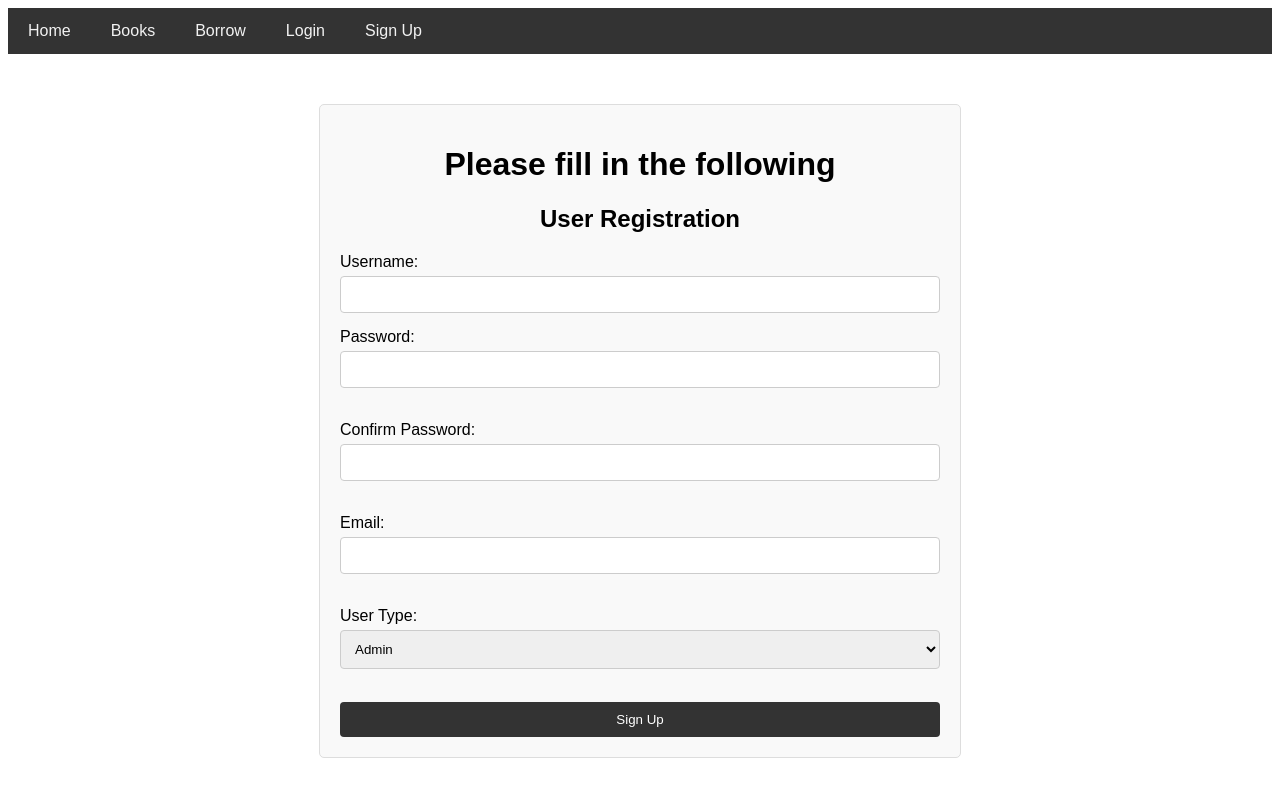
Repository: fadyesk12/Web-Technology-Course-Project
Page: auth/signup.html
The author's editor kept a copy of each file at every save. The page is drawn from the files as they stood at one save, then again after the next save.
The browser window is 1280 px wide. The pictures show the whole page.

Above is the page before, as saved 2024-04-19 02:21:42.

After the next save:
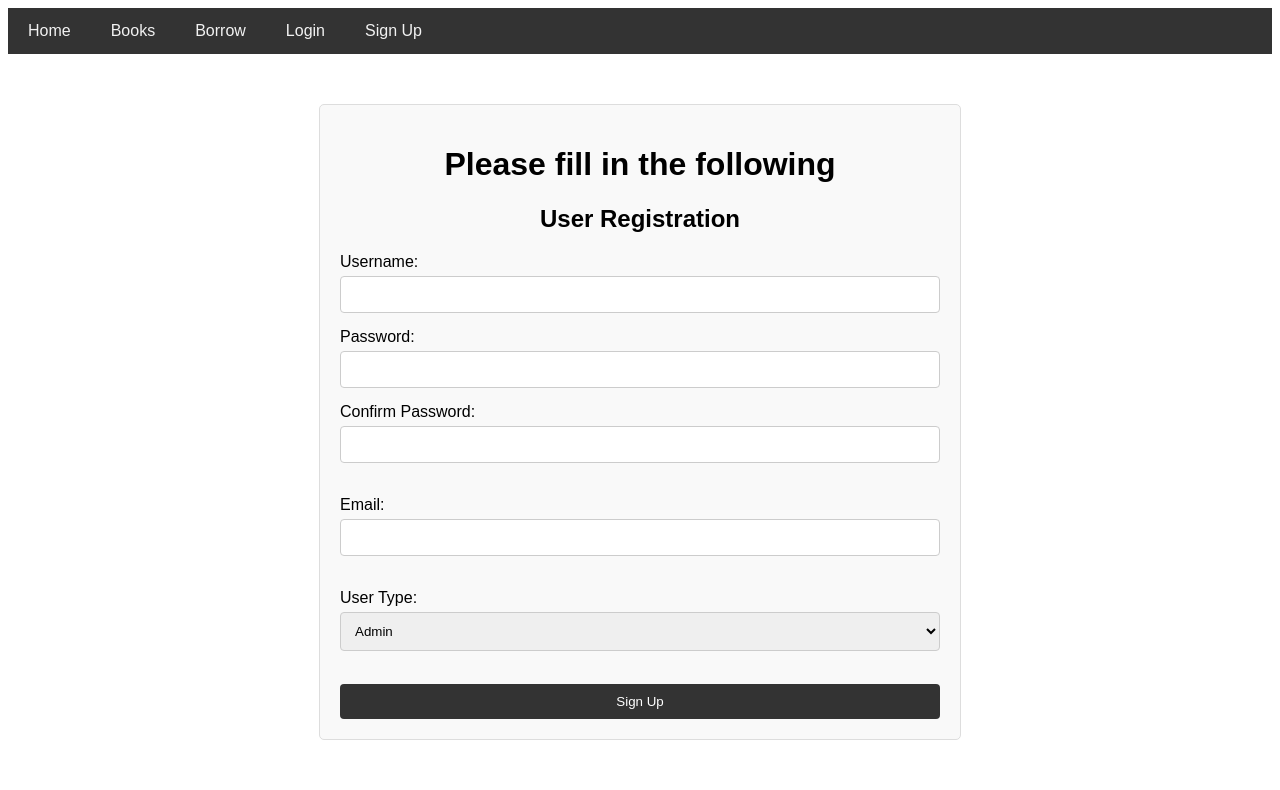
Saved 6 s later.
--- a/auth/signup.html
+++ b/auth/signup.html
@@ -26,7 +26,7 @@
       </div>
       <div>
         <label for="password">Password:</label>
-        <input type="password" id="password" name="password" required><br><br>
+        <input type="password" id="password" name="password" required>
       </div>
 
         <label for="confirmPassword">Confirm Password:</label>
